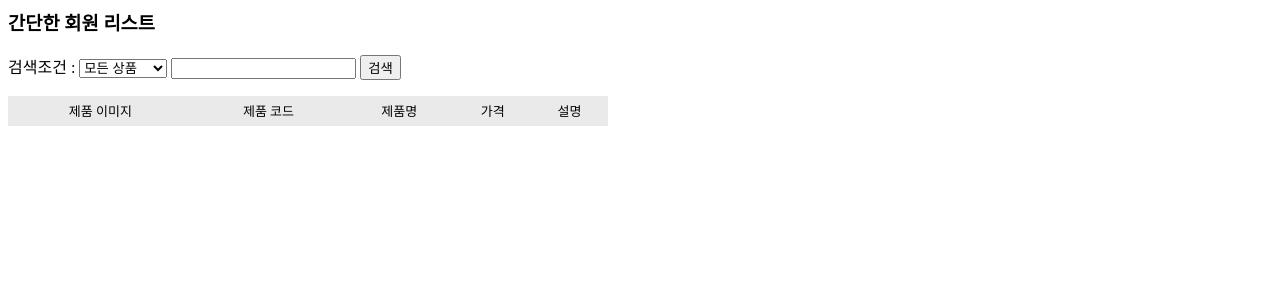
Repository: sjeong12/Photos
Page: http://localhost/LSJ_PHOTO/admin/productList.jsp
The author's editor kept a copy of each file at every save. The page is drawn from the files as they stood at one save, then again after the next save.
The browser window is 1280 px wide. The pictures show the whole page.
The page is served by Tomcat 9. Other server files are loaded and not shown. Queries for data that is not in the repository find no rows.

Above is the page before, as saved 2016-12-07 05:54:26.

### LSJ_PHOTO/WebContent/admin/productList.jsp
<%@ page language="java" import="java.sql.*" contentType="text/html; charset=utf-8" pageEncoding="utf-8" %>
<% request.setCharacterEncoding("utf-8"); %>
<HTML><HEAD>
<TITLE>간단한 회원 리스트</TITLE></HEAD>
<H3>간단한 회원 리스트</H3>

<BODY>

<%
    //String in_usernm = request.getParameter("search_value");
    //if (in_usernm == null) in_usernm = "";

    String in_search_key   = request.getParameter("search_key");
	String in_search_value = request.getParameter("search_value");
    //  페이지 번호 – 없으면(처음) 1, 아니면 전달 받은 페이지
    String strPageNum = request.getParameter("PageNum");     // paging
    // 표시할 목록의 개수 – 없으면 지정하여 사용
  	String strPageSize = request.getParameter("PageSize");   // paging
  	if (in_search_key   == null) in_search_key   = "";
 	if (in_search_value == null) in_search_value = "";
    if (strPageNum == null) strPageNum = "1";        // paging
    if (strPageSize == null) strPageSize = "10";      // paging    이 크기는 화면 사이즈에 따라 다름
    int currentPage = Integer.parseInt(strPageNum);  // paging  현재 선택 페이지 값 INT 로 변경
    int pageSize = Integer.parseInt(strPageSize);     // paging    목록의 갯수 INT로 변경
%>

<FORM NAME = frm_s  ACTION="deleteProduct.jsp" METHOD=post>
검색조건 : <SELECT NAME=search_key>

<OPTION VALUE = ""
	<%
 	     if (in_search_key.equals("")) out.print(" selected");
	%>
    >모든 상품</OPTION>
<OPTION VALUE = "1"
	<%
 	     if (in_search_key.equals("1")) out.print(" selected");
	%>
    >액자</OPTION>
<OPTION VALUE = "2"
    <%
         if (in_search_key.equals("2")) out.print(" selected");
    %>
  >앨범</OPTION>
 <OPTION VALUE = "3"
    <%
         if (in_search_key.equals("3")) out.print(" selected");
    %>
  >디자인 소품</OPTION>


   </SELECT>
 <INPUT TYPE=text NAME=search_value VALUE="<%= in_search_value %>">
<INPUT TYPE=submit VALUE="검색">
</FORM>




<TABLE border = "0" cellspacing = "0" cellpadding = "2" width = "600">

<TR bgcolor = "EAEAEA" height="30">
<TD><font size = 2><center>제품 이미지</center></font></TD>
<TD><font size = 2><center>제품 코드</center></font></TD>
<TD><font size = 2><center>제품명</center></font></TD>
<TD><font size = 2><center>가격</center></font></TD>
<TD><font size = 2><center>설명</center></font></TD>
</TR>
<%
Class.forName("com.microsoft.sqlserver.jdbc.SQLServerDriver");
String connectionURL = "jdbc:sqlserver://localhost:1433;databaseName=DBPstudio;user=sa;password=11";
Connection con = DriverManager.getConnection(connectionURL);

ResultSet rs = null;   // 데이터 베이스에서 가져온 정보를 저장하는 객체
ResultSet rs2 = null;      // paging    rs 객체 하나 더 생성

     Statement stmt = con.createStatement();
   //String SQL = "select userid, usernm, gender, jumin, jobcd from members order by userid";


     String SQL = "SELECT * ";

if (in_search_key.equals("")){
	SQL = SQL + "from Product ";
    SQL = SQL + "where Product_Name LIKE '%" + in_search_value + "%'";
    SQL = SQL + "or Product_Code Like '%" + in_search_value + "%' ";
}
else if (in_search_key.equals("1")){
	SQL = SQL + "from Product P, Sub_Category S ";
    SQL = SQL + "where (P.Product_Name LIKE '%" + in_search_value + "%' ";
    SQL = SQL + "or P.Product_Code Like '%" + in_search_value + "%') ";
    SQL = SQL + "and (P.SubCategory_Num = S.Sub_Category_Num) ";
	SQL = SQL + "and (S.Category_Num = '1') ";
}
else if (in_search_key.equals("2")){
	SQL = SQL + "from Product P, Sub_Category S ";
    SQL = SQL + "where (P.Product_Name LIKE '%" + in_search_value + "%' ";
    SQL = SQL + "or P.Product_Code Like '%" + in_search_value + "%') ";
    SQL = SQL + "and (P.SubCategory_Num = S.Sub_Category_Num) ";
	SQL = SQL + "and (S.Category_Num = '2') ";
}
else if (in_search_key.equals("3")){
	SQL = SQL + "from Product P, Sub_Category S ";
    SQL = SQL + "where (P.Product_Name LIKE '%" + in_search_value + "%' ";
    SQL = SQL + "or P.Product_Code Like '%" + in_search_value + "%') ";
	SQL = SQL + "and (P.SubCategory_Num = S.Sub_Category_Num) ";
	SQL = SQL + "and (S.Category_Num = '3') ";
}
	SQL = SQL + "order by Product_Name ";


     // 페이징을 이용하기 위한 MSSQL 함수로 페이지를 계산한다.
     String SQL2 = SQL;                             //  위의 기존 SQL 에 더 추가       // paging
     SQL2 = SQL2 + "OFFSET "+ ( currentPage - 1 ) * pageSize + " ROWS ";   // paging
     SQL2 = SQL2 + "FETCH NEXT " + pageSize + " ROWS ONLY ";                // paging
       // 전체 카운트를 가져오기위한 sql을 실행해야한다.
      rs2 = stmt.executeQuery(SQL);   // select 문                             //paging
      int totalRecords = 0;                                                             //paging
      while(rs2.next()){       // 처음부터 끝까지                                  //paging
      totalRecords++;       // 전체 레코드 수 카운트                             //paging
      }


   // 페이지가 계산된 목록을 가져오는 SQL2를 실행한다.
      rs = stmt.executeQuery(SQL2);    //  SQL2=기존 SQL + 페이징 SQL      // paging

   while(rs.next())
   {
       String image= rs.getString("Product_Image");
       String code= rs.getString("Product_Code");
       String name= rs.getString("Product_Name");
       int price= rs.getInt("product_Price");
       String Info= rs.getString("Product_Info");

   %>
      <TR onmouseover="this.style.backgroundColor='orange';"
      onmouseout="this.style.backgroundColor='white'; " >  <TD>
      <a href="member_update.jsp?puserid=<%= code %>">
      <img src="/LSJ_PHOTO/productImage/<%= image %>" border="0" width="100"/>
      </a>
      </TD>
               <TD><font size = 2> <%= code%> </font></TD>
               <TD><font size = 2> <%= name%> </font></TD>
               <TD><font size = 2> &nbsp;&nbsp;<%= price %>&nbsp;&nbsp; </font></TD>
               <TD><font size = 2> <%= Info%> </font></TD> </TR>
   <% } %>

</TABLE>
<%
int intTotPages= 0; // 총 페이지 수 계산
int intR= totalRecords % pageSize;   // 6 % 3 = 0
if(intR == 0) {
intTotPages = totalRecords / pageSize;
}
else  {   // 7 % 3 != 0
intTotPages = totalRecords / pageSize + 1;  // 나머지가 0 아니면 총 페이지수는 몫 + 1
}

int intGrpSize  = 2; // 그룹 수 설정 - 화면에 보여질 그룹  수
int currentGrp  = 0; // 현 그룹 No.
intR= currentPage % intGrpSize;     // 3 % 2 = ?
if(intR == 0) {
currentGrp= currentPage / intGrpSize;  //4/2=2 그룹
}
else  {   // 3/2 =1 +1 =2그룹
currentGrp= currentPage / intGrpSize + 1;
}
//Page 282
int intGrpStartPage= (currentGrp  - 1) * intGrpSize + 1;   // 2그룹일 때 (2-1)*2+1=3
int intGrpEndPage=  currentGrp * intGrpSize;                  // 2그룹일 때  2*2=4
if (intGrpEndPage > intTotPages){    //  그룹의 끝 페이지가 총 페이지수보다 크면
intGrpEndPage= intTotPages;           //  끝 페이지 수가 총 페이지 수
}

if (currentGrp > 1){    //  그룹 2부터는 이전 페이지 표시
%>
 [<A href="deleteProduct.jsp?PageNum=<%= intGrpStartPage - 1 %>">이전</A>]
<%                                                               // 이전 이니까 -1
}

int intGrpPageCount= intGrpSize; // 그룹 당 페이지 수
int intIndex= intGrpStartPage; // 현 그룹 시작 페이지
while (intGrpPageCount > 0 && intIndex <= intGrpEndPage){
%>
[<A href="deleteProduct.jsp?PageNum=<%= intIndex %>"><%= intIndex %></A>] &nbsp;
<%
intIndex = intIndex + 1;
intGrpPageCount  = intGrpPageCount - 1;
}
if (intIndex <= intTotPages){  // 다음 그룹이 있으면
%>
[<A href="deleteProduct.jsp?PageNum=<%= intIndex %>">다음</A>]
<%
}

stmt.close();
rs.close();
rs2.close();
con.close();

%>

</BODY>

After the next save:
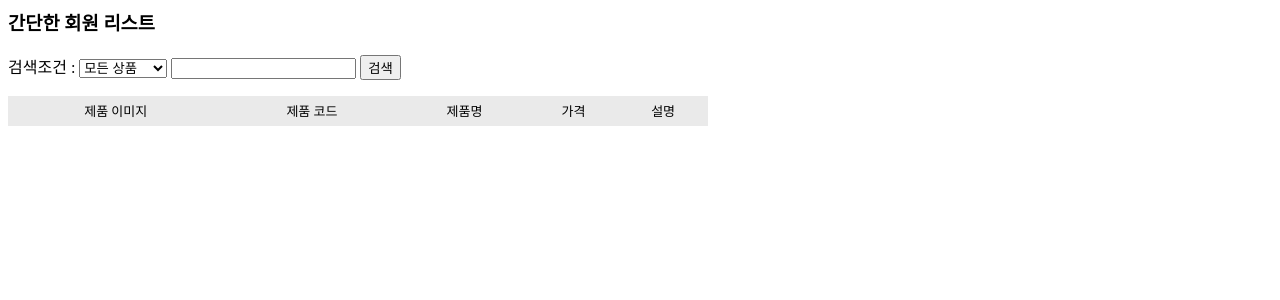
Saved 38 s later.
--- a/LSJ_PHOTO/WebContent/admin/productList.jsp
+++ b/LSJ_PHOTO/WebContent/admin/productList.jsp
@@ -57,7 +57,7 @@
 
 
 
-<TABLE border = "0" cellspacing = "0" cellpadding = "2" width = "600">
+<TABLE border = "0" cellspacing = "0" cellpadding = "2" width = "700">
 
 <TR bgcolor = "EAEAEA" height="30">
 <TD><font size = 2><center>제품 이미지</center></font></TD>
